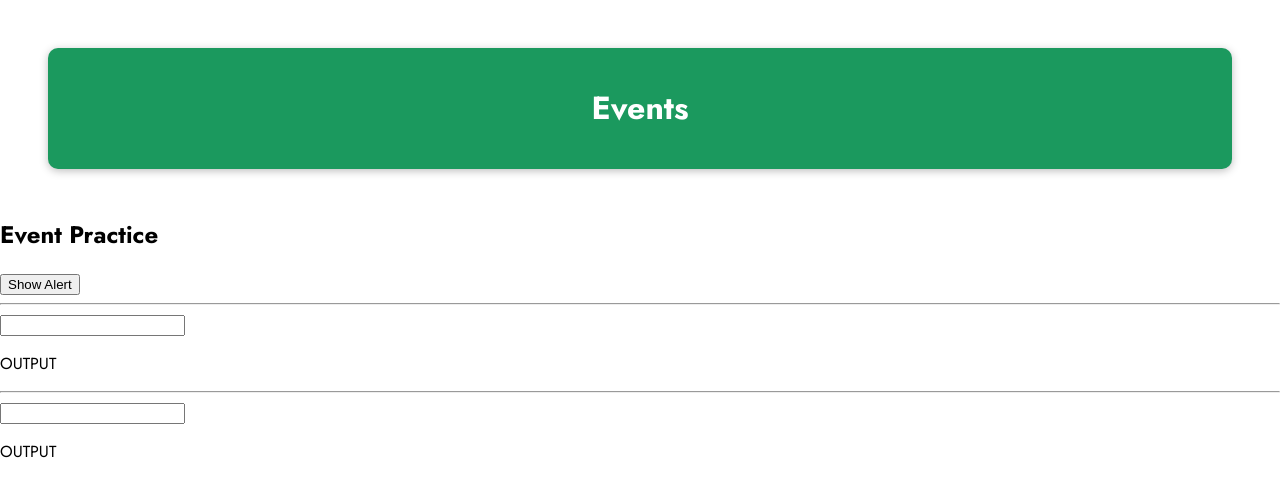
Repository: zmarkoni/Vue-The-Complete-Guide
Page: basics-assignment-2-problem/index.html
These files come from the project's save history. The page is drawn as it stood at one moment and after a run of saves; the edit follows.
The browser window is 1280 px wide. The pictures show the whole page.

Above is the page before, as saved 2020-12-30 10:33:54.

After the next 2 saves:
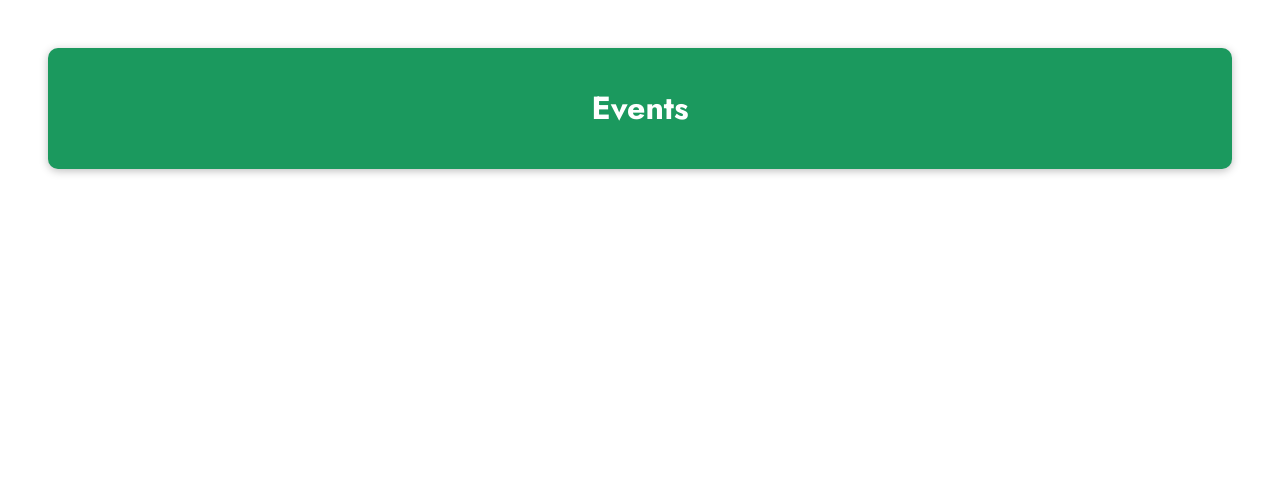
Console error: ReferenceError: userData is not defined
The 2 saves are shown as one change because they came seconds apart.
The last was saved 22 s later.
--- a/basics-assignment-2-problem/app.js
+++ b/basics-assignment-2-problem/app.js
@@ -1,7 +1,7 @@
 let app = Vue.createApp({
     data() {
         return {
-
+            userData
         };
     },
     methods: {

After the save that followed:
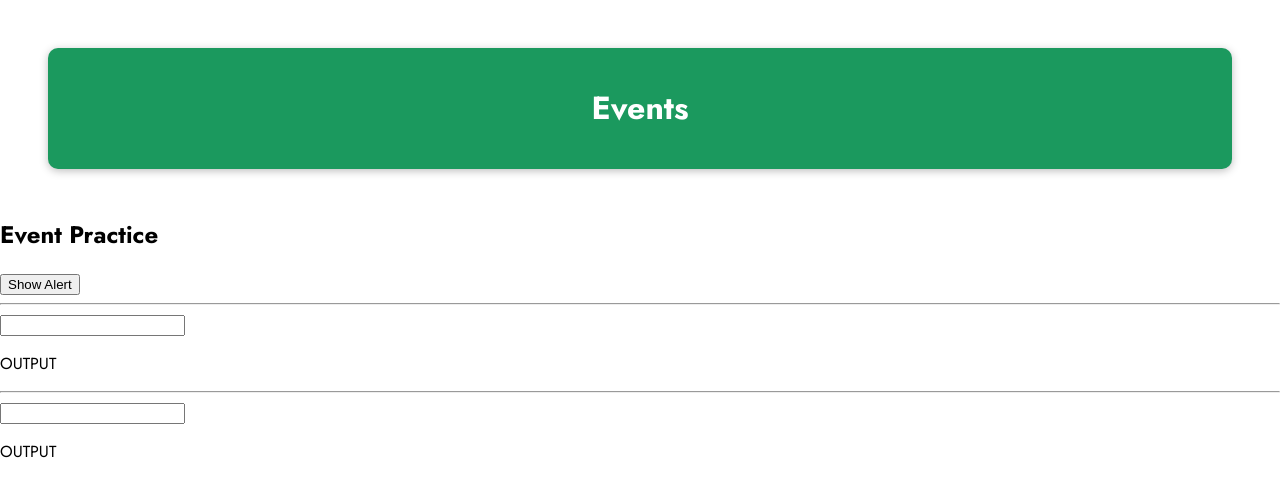
The error is gone.
Saved 5 s later.
--- a/basics-assignment-2-problem/app.js
+++ b/basics-assignment-2-problem/app.js
@@ -1,7 +1,7 @@
 let app = Vue.createApp({
     data() {
         return {
-            userData
+            userData: ''
         };
     },
     methods: {
